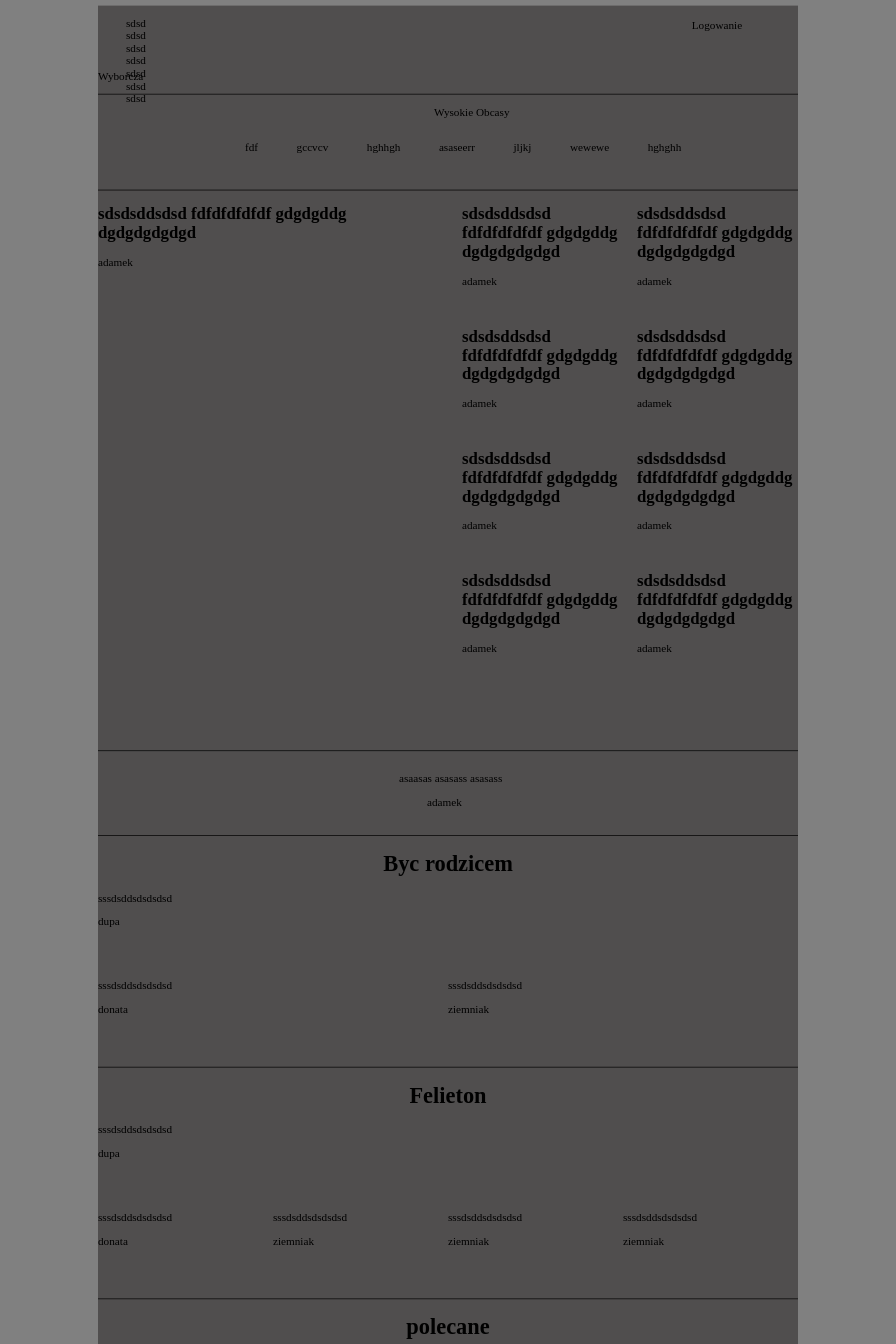
Repository: kq333/pitupitu.pl
Page: index.html
The author's editor kept a copy of each file at every save. The page is drawn from the files as they stood at one save, then again after the next save.
The browser window is 1280 px wide. The pictures show the part of the page from y = 0 to 1920 px (the page is 2835 px tall before and 2803 px after), at 70% of full size.
The style sheet was rebuilt from its Sass, Less or Tailwind sources for each picture, by a compiler version that may differ from the author's.

Above is the page before, as saved 2020-11-04 13:35:59.

### index.html
<!DOCTYPE html>
<html lang="en">
<head>
    <meta charset="UTF-8">
    <meta name="viewport" content="width=device-width, initial-scale=1.0">
    <title>Document</title>
    <link rel="stylesheet" href="style/style.css">
</head>
<body>


<div id="container">
  <div id="content">
    <div id=bar>
        <p>Wyborcza</p>
        <ul class="ul_bar">
            <li>sdsd</li>
            <li>sdsd</li>
            <li>sdsd</li>
            <li>sdsd</li>
            <li>sdsd</li>
            <li>sdsd</li>
            <li>sdsd</li>
        </ul>
        <div class="loging">
            Logowanie
        </div>
    </div>
            <div id="logo"><p>Wysokie Obcasy</p>
                <ul class="ul_bar2">
                    <li>fdf</li>
                    <li>gccvcv</li>
                    <li>hghhgh</li>
                    <li>asaseerr</li>
                    <li>jljkj</li>
                    <li>wewewe</li>
                    <li>hghghh</li>
                </ul>


            </div>


           <div>

                <div class="block_1">
                    <div class="art1">
                        <article>
                        <h1>sdsdsddsdsd fdfdfdfdfdf gdgdgddg dgdgdgdgdgd</h1>


                            <p class="autor_name">adamek</p>
                        </article>
                    </div>

                    <div class="art2">
                            <article>
                                <h1>sdsdsddsdsd fdfdfdfdfdf gdgdgddg dgdgdgdgdgd</h1>


                                <p class="autor_name">adamek</p>
                            </article>
                     </div>
                     <div class="art3">
                            <article>
                                <h1>sdsdsddsdsd fdfdfdfdfdf gdgdgddg dgdgdgdgdgd</h1>


                                <p class="autor_name">adamek</p>
                            </article>
                      </div>
                      <div class="art4">
                            <article>
                                <h1>sdsdsddsdsd fdfdfdfdfdf gdgdgddg dgdgdgdgdgd</h1>


                                <p class="autor_name">adamek</p>
                            </article>
                       </div>
                            <div class="art5">
                                <article>
                                    <h1>sdsdsddsdsd fdfdfdfdfdf gdgdgddg dgdgdgdgdgd</h1>


                                    <p class="autor_name">adamek</p>
                                </article>
                            </div>
                                 <div class="art6">
                                    <article>
                                        <h1>sdsdsddsdsd fdfdfdfdfdf gdgdgddg dgdgdgdgdgd</h1>


                                        <p class="autor_name">adamek</p>
                                    </article>
                                 </div>
                                    <div class="art7">

                                        <article>
                                            <h1>sdsdsddsdsd fdfdfdfdfdf gdgdgddg dgdgdgdgdgd</h1>


                                            <p class="autor_name">adamek</p>
                                        </article>
                                    </div>

                                    <div class="art8">
                                            <article>
                                                <h1>sdsdsddsdsd fdfdfdfdfdf gdgdgddg dgdgdgdgdgd</h1>


                                                <p class="autor_name">adamek</p>
                                            </article>
                                    </div>
                                        <div class="art9">
                                                <article>

                                                    <h1>sdsdsddsdsd fdfdfdfdfdf gdgdgddg dgdgdgdgdgd</h1>


                                                    <p class="autor_name">adamek</p>
                                                </article>
                                        </div>
                </div>


                     <div class="quotes">
                         <p1>asaasas asasass asasass</p1>

                        <p class="autor_name">adamek</p>

                    </div>





                  <div class="section">
                    <header>
                        <h1>Byc rodzicem</h1>

                    </header>
                    </div>


                        <section class="family">


                                <div class="art10">
                                    <article> sssdsddsdsdsdsd
                                        <p class="autor_name">dupa</p>

                                    </article>

                                </div>
                                <div class="art11">
                                        <article> sssdsddsdsdsdsd
                                            <p class="autor_name">donata</p>

                                        </article>
                                </div>
                                    <div class="art12">
                                            <article> sssdsddsdsdsdsd
                                                <p class="autor_name">ziemniak</p>

                                            </article>
                                    </div>

                        </section>

                        <div class="section">
                        <header>
                            <h1>Felieton</h1>
                        </header>
                    </div>

                        <section class="column">

                            <div class="art13">
                                    <article> sssdsddsdsdsdsd
                                        <p class="autor_name">dupa</p>

                                    </article>

                            </div>
                                <div class="art14">
                                    <article> sssdsddsdsdsdsd
                                        <p class="autor_name">donata</p>

                                    </article>
                                </div>
                                     <div class="art15">
                                        <article> sssdsddsdsdsdsd
                                            <p class="autor_name">ziemniak</p>

                                        </article>
                                    </div>

                                        <div class="art16">
                                            <article> sssdsddsdsdsdsd
                                                <p class="autor_name">ziemniak</p>

                                            </article>
                                        </div>

                                        <div class="art17">
                                            <article> sssdsddsdsdsdsd
                                                <p class="autor_name">ziemniak</p>

                                            </article>
                                        </div>

                        </section>
                        <div class="section">
                        <header>
                            <h1>polecane</h1>

                        </header>
                    </div>

                            <section class="recommended">


                                    <div class="art18">
                                        <article> sssdsddsdsdsdsd
                                            fsfsfsf sfsfsfsfs sfsfsfsfs
                                            sfsfffsfssfsfsfssf
                                            <p class="autor_name">dupa</p>

                                        </article>
                                    </div>
                                        <div class="art19">
                                            <article> sssdsddsdsdsdsd
                                                <p class="autor_name">donata</p>

                                            </article>
                                        </div>
                                            <div class="art20">

                                                <article> sssdsddsdsdsdsd
                                                    <p class="autor_name">ziemniak</p>
                                                </article>
                                            </div>
                                                <div class="art21">
                                                    <article> sssdsddsdsdsdsd
                                                        <p class="autor_name">ziemniak</p>
                                                    </article>
                                                </div>
                                                    <div class="art22">
                                                        <article> sssdsddsdsdsdsd
                                                            <p class="autor_name">ziemniak</p>


                                                        </article>
                                                    </div>
                                                        <div class="art23">
                                                            <article> sssdsddsdsdsdsd
                                                                <p class="autor_name">ziemniak</p>


                                                            </article>
                                                        </div>

                                                            <div class="art24">
                                                                <article> sssdsddsdsdsdsd
                                                                    <p class="autor_name">ziemniak</p>


                                                                </article>
                                                            </div>
                                                                <div class="art25">
                                                                    <article> sssdsddsdsdsdsd
                                                                        <p class="autor_name">ziemniak</p>


                                                                    </article>
                                                                </div>
                                                                <div class="art26">
                                                            <article> sssdsddsdsdsdsd
                                                                <p class="autor_name">ziemniak</p>


                                                            </article>
                                                            </div>



                            </section>

                            <div class="section">
                            <header>
                                <h1>wasze listy</h1>

                            </header>
                            </div>

                            <section class="letters">

                                <div class="art27">
                                    <article> sssdsddsdsdsdsd
                                        fsfsfsf sfsfsfsfs sfsfsfsfs
                                        sfsfffsfssfsfsfssf
                                        <p class="autor_name">dupa</p>

                                    </article>
                                </div>
                                <div class="art28">
                                    <article> sssdsddsdsdsdsd
                                        fsfsfsf sfsfsfsfs sfsfsfsfs
                                        sfsfffsfssfsfsfssf
                                        <p class="autor_name">dupa</p>

                                    </article>
                                </div>

                                <div class="art29">
                                    <article> sssdsddsdsdsdsd
                                        fsfsfsf sfsfsfsfs sfsfsfsfs
                                        sfsfffsfssfsfsfssf
                                        <p class="autor_name">dupa</p>

                                    </article>
                                </div>

                                <div class="art30">
                                    <article> sssdsddsdsdsdsd
                                        fsfsfsf sfsfsfsfs sfsfsfsfs
                                        sfsfffsfssfsfsfssf
                                        <p class="autor_name">dupa</p>

                                    </article>
                                </div>

                            </section>

                            <footer>
                                <div class="footer">sdsd 545 sd 45sd 4s5d5sd s54ds5 4</div>

                            </footer>



















































           </main>



  </div>




















</div>
</body>
</html>

### style/style.scss
body{
    background-color: grey;


}
#constainer{
    height: auto;
}

#content{
    margin:auto;
    background-color: rgb(80, 78, 78);
    width:1000px;

}


#bar{
    display:grid;
    grid-template-columns: auto auto;
    grid-template-areas: "ul_bar loging";
    border-bottom: 1px solid black;

.ul_bar{
    height: 40px;
    grid-area: ul_bar;


li{
    list-style-type: none;
}

    }
.loging{
    height: 56px;
    grid-area: loging;

    margin: 20px 0 0 700px;
}

}




#logo{
    border-bottom: 1px solid black;
    width:1000px;
    height: 120px;
    p{
        margin-left:480px;
    }

    .ul_bar2{
        list-style-type: none;
        display:inline-flex;
        gap:55px;
        margin-left:170px;
    }
}

.block_1{
    width:1000px;
    height: auto;
    display:grid;
    grid-template-columns: 500px auto auto;
    .art1{
    grid-row-start: 1;
    grid-row-end: 9;
    height: 800px;;
    }
    gap: 20px;
}

.quotes{
    width: 940px;
    height: 60px;
    border-bottom: 1px solid black;
    border-top: 1px solid black;
    padding:30px;

    p1{
        margin-left: 400px;
        margin-top:130px;
    }
    p{
        margin-left: 440px;
    }

}

.section{
    text-align: center;
}
.family{
    width:1000px;
    height: 250px;
    border-bottom: 1px solid black;
    display:grid;
    grid-template-columns: auto auto;
    grid-template-areas: "art10 art10"
                          "art11 art12"  ;

.art10{
grid-area: art10;


}
.art11{
grid-area: art11;
}

.art12{
grid-area: art12;
}


}

.column{
    width:1000px;
    height: 250px;
    border-bottom: 1px solid black;
    display:grid;
    grid-template-columns: auto auto auto;
    grid-template-areas: "art13 art13 art13 art13"
                         " art14 art15 art16 art17"   ;

    .art13{

        grid-area: art13;


            }
    .art14{
        grid-area: art14;

     }

    .art15{
        grid-area: art15;
     }

     .art16{
        grid-area: art16;
     }

     .art17{
        grid-area: art17;
     }

    h1{
        margin-left:500px;

        }

}


.recommended{
    width:1000px;
    height: auto;
    border-bottom: 1px solid black;
    display:grid;
    grid-template-columns: repeat(2, 1fr);
    grid-template-areas: " art18   art19"
                         " art20   art19"
                         " art21  art22"
                         " art23  art22"
                         " art24  art25"
                         " art26  art25"
                         ;




.art18{
grid-area:art18;


}

.art19{
grid-area: art19;

 }

.art20{
grid-area: art20;


 }

.art21{
grid-area: art21;
 }

.art22{
grid-area: art22;
 }

.art23{
grid-area: art23;
 }

.art24{
grid-area: art24;

 }

.art25{
grid-area: art25;
 }

.art26{
grid-area: art26;
 }
};

.letters{
    width:1000px;
    height: 200px;

    display:grid;
    grid-template-columns: repeat(4, 1fr);
    grid-template-areas: "art27 art28 art29 art30";


.art27{
    grid-area: art27;
}

.art28{
    grid-area: art28;
}


.art29{
    grid-area: art29;
}

.art30{
    grid-area: art30;
}

}

.footer{
    border-bottom: 1px solid black;
    border-top: 1px solid black;
    background-color: red;
    height: 200px;
 }

After the next save:
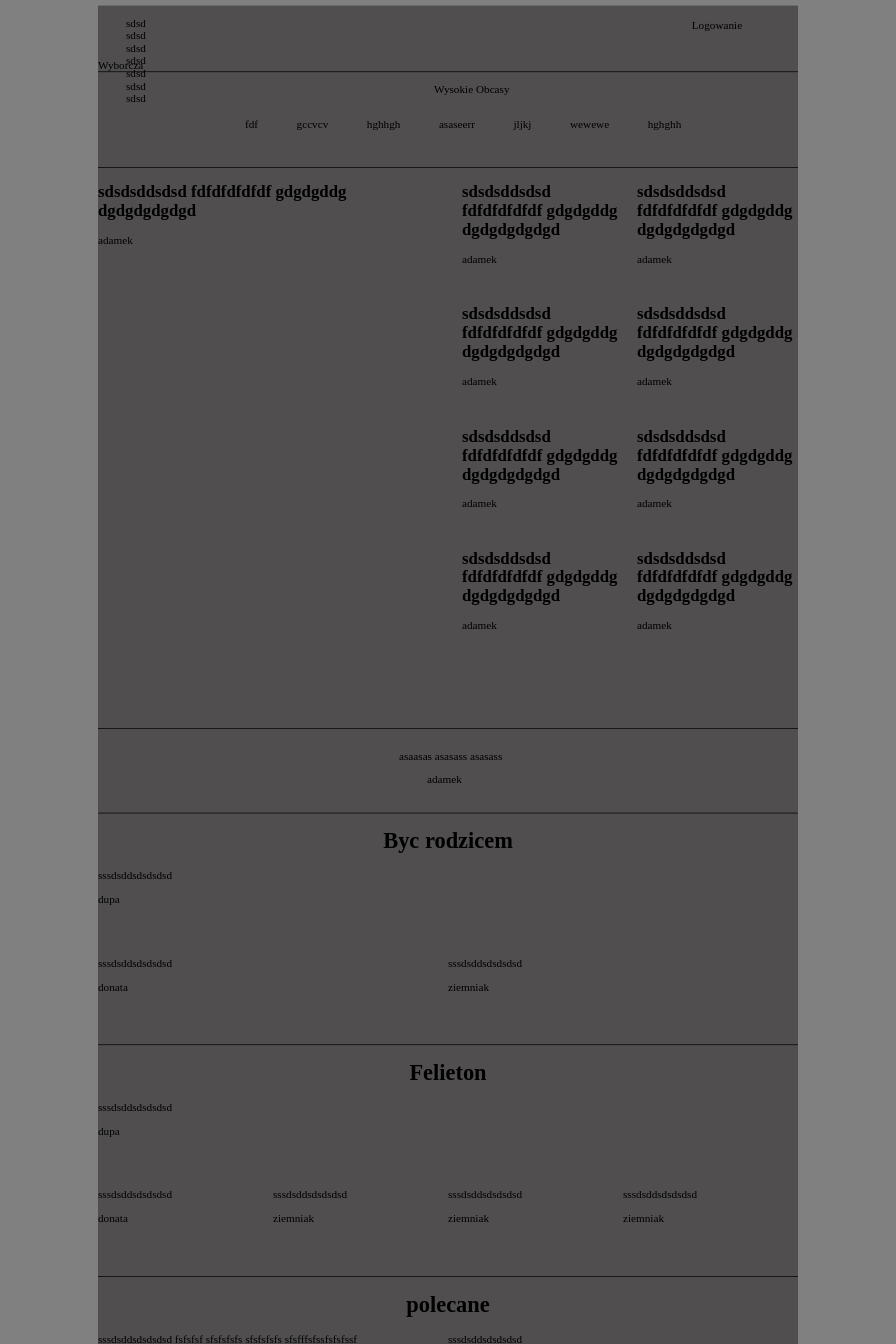
Saved 66 s later.
--- a/index.html
+++ b/index.html
@@ -12,7 +12,7 @@
 <div id="container">
   <div id="content">
     <div id=bar>
-        <p>Wyborcza</p>
+        <div class="menu">Wyborcza</div>
         <ul class="ul_bar">
             <li>sdsd</li>
             <li>sdsd</li>
